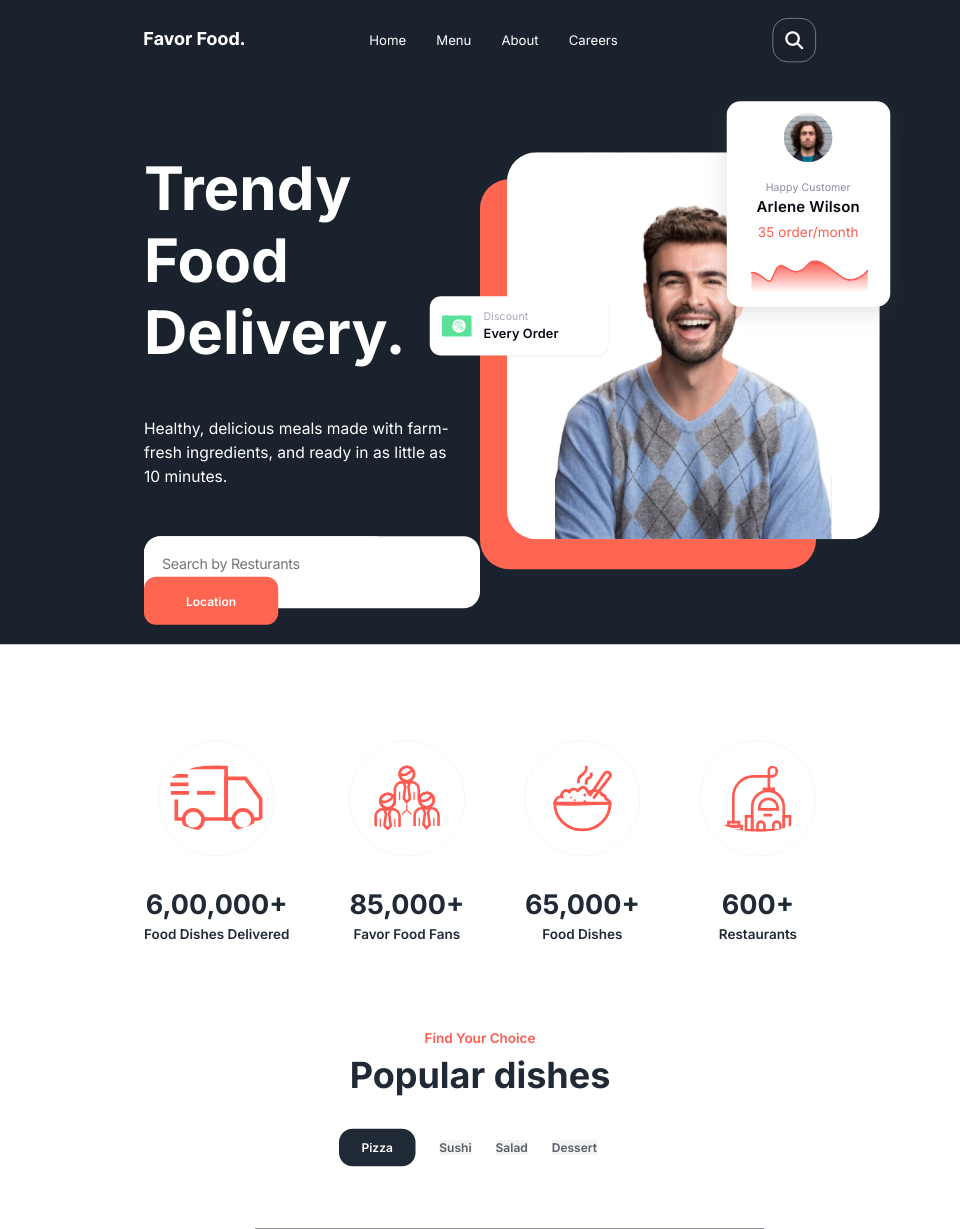
Repository: badhon252/favor-food
Page: index.html
The author's editor kept a copy of each file at every save. The page is drawn from the files as they stood at one save, then again after the next save.
The browser window is 1280 px wide. The pictures show the whole page, at 75% of full size.
The style sheet was rebuilt from its Sass, Less or Tailwind sources for each picture, by a compiler version that may differ from the author's.

Above is the page before, as saved 2022-09-12 18:07:44.

After the next save:
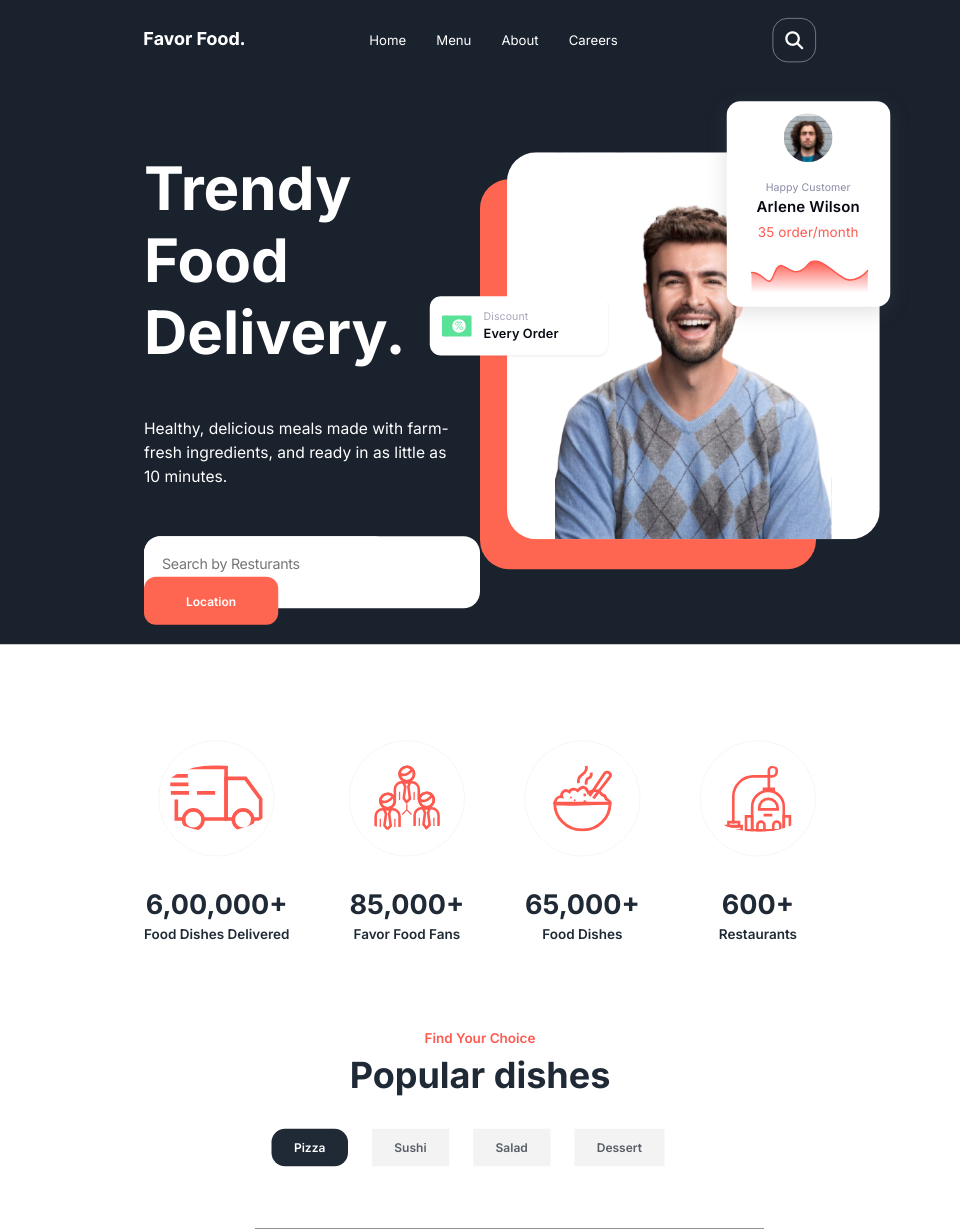
Saved 10 s later.
--- a/index.html
+++ b/index.html
@@ -105,9 +105,9 @@
         <nav class="my-3">
             <ul>
                 <li><a href="" class="active-btn btn">Pizza</a></li>
-                <li><a href="">Sushi</a></li>
-                <li><a href="">Salad</a></li>
-                <li><a href="">Dessert</a></li>
+                <li><a href="" class="btn">Sushi</a></li>
+                <li><a href="" class="btn">Salad</a></li>
+                <li><a href="" class="btn">Dessert</a></li>
             </ul>
         </nav>
     </section>
